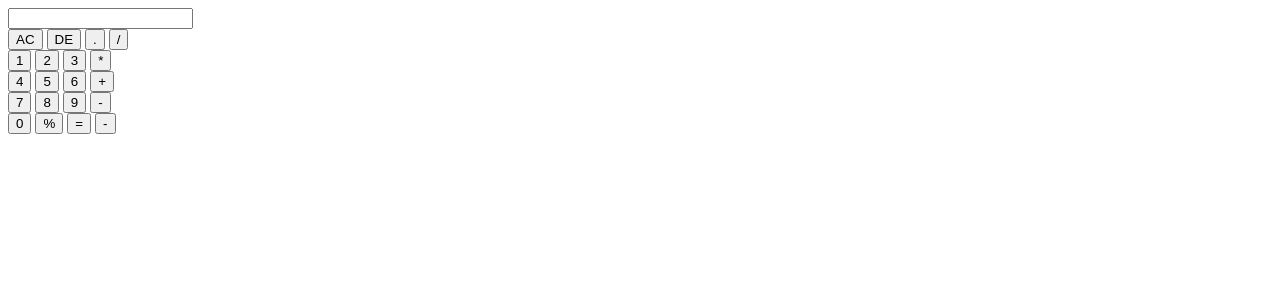
Repository: jerrys-arch/web-calculator
Page: indwx.html
These files come from the project's save history. The page is drawn as it stood at one moment and after the next save; the edit follows.
The browser window is 1280 px wide. The pictures show the whole page.

Above is the page before, as saved 2024-11-30 04:51:22.

### indwx.html
<!DOCTYPE html>
<html lang="en">
<head>
    <meta charset="UTF-8">
    <meta name="viewport" content="width=device-width, initial-scale=1.0">
    <title>calculator</title>
</head>
<body>
    <div class="container">
        <div class="calculator">
            <div class="display">
                <input id="display" type="text">
            </div>
            <div>
                <input type="button" value="AC">
                <input type="button" value="DE">
                <input type="button" value=".">
                <input type="button" value="/">
            </div>
            <div>
                <input type="button" value="1">
                <input type="button" value="2">
                <input type="button" value="3">
                <input type="button" value="*">
            </div>
            <div>
                <input type="button" value="4">
                <input type="button" value="5">
                <input type="button" value="6">
                <input type="button" value="+">
            </div>
            <div>
                <input type="button" value="7">
                <input type="button" value="8">
                <input type="button" value="9">
                <input type="button" value="-">
            </div>
            <div>
                <input type="button" value="0">
                <input type="button" value="%">
                <input type="button" value="=">
                <input type="button" value="-">
            </div>
        </div>
    </div>
</body>
</html>

After the next save:
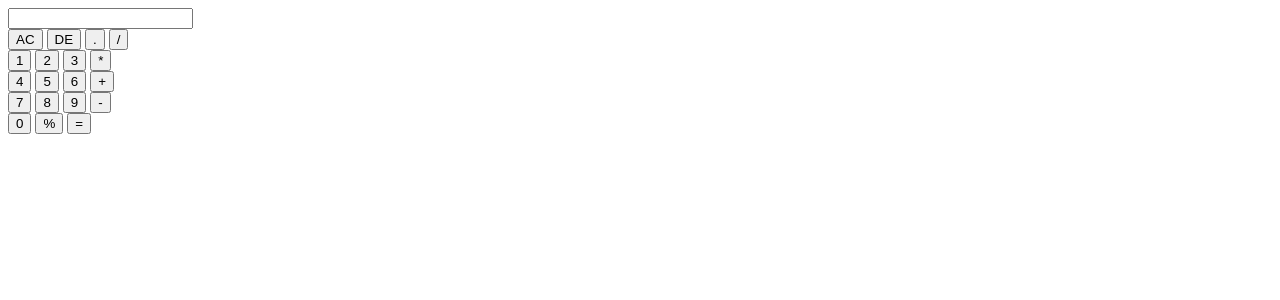
Saved 1 s later.
--- a/indwx.html
+++ b/indwx.html
@@ -39,7 +39,6 @@
                 <input type="button" value="0">
                 <input type="button" value="%">
                 <input type="button" value="=">
-                <input type="button" value="-">
             </div>
         </div>
     </div>
